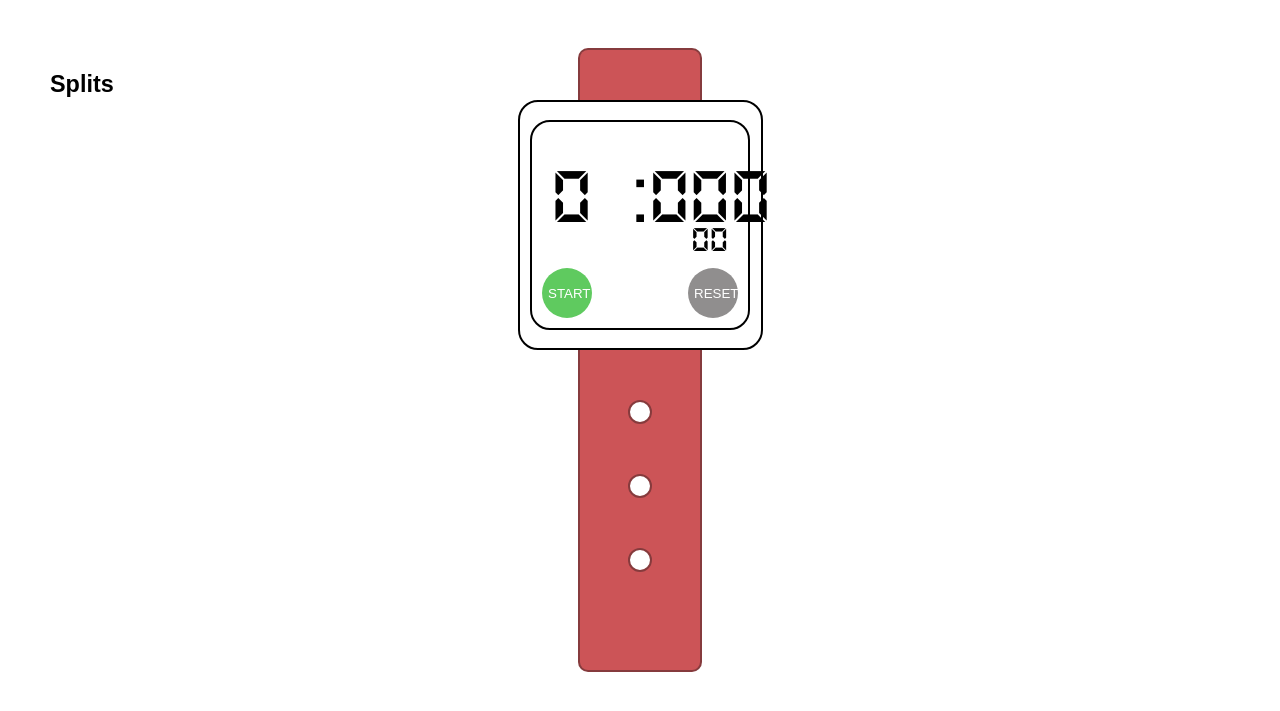
Repository: konstantin0s/lab-chronometer
Page: index.html
An editor plug-in stored every save of this project. The page is shown before and after the next save, followed by the edit.
The browser window is 1280 px wide. The pictures show the whole page.

Above is the page before, as saved 2019-02-05 12:46:45.

### index.html
<!DOCTYPE html>
<html lang="en">
<head>
  <meta charset="UTF-8">
  <meta name="viewport" content="width=device-width, initial-scale=1.0">
  <meta http-equiv="X-UA-Compatible" content="ie=edge">
  <title>Chronometer</title>
  <link rel="stylesheet" href="stylesheets/styles.css">
</head>
<body>

  <section id="splits-container">
    <h3>Splits</h3>
    <ol id="splits">
    </ol>
  </section>

  <div class="leash leash-top"></div>

  <section id="clock">
    <div id="sphere">
      <span id="minDec" class="number">0</span><span id="minUni" class="number"></span><span>:</span><span id="secDec" class="number"></span><span id="secUni" class="number"></span>

      <div id="milliseconds">
        <span id="milDec">0</span><span id="milUni">0</span>
      </div>

      <button id="btnLeft" class="btn start">START</button> <button id="btnRight" class="btn reset">RESET</button>
    </div>
  </section>

  <div class="leash leash-bottom">
    <div class="hole"></div>
    <div class="hole"></div>
    <div class="hole"></div>
  </div>


  <!-- <script src="javascripts/utils.js"></script>
  <script src="javascripts/chronometer.js"></script>
  <script src="javascripts/main.js"></script> -->
  <script src="javascript/chronometer.js"></script>
  <script src="javascript/main.js"></script>
</body>
</html>

### stylesheets/styles.css
@font-face {
  font-family: "Digi";
  src: url("fonts/ds-digib.ttf");
}

body {
  font-family: Arial;
  font-size: 80px;
  font-weight: bold;
  padding: 40px 0;
}

#clock {
  border: 2px solid #000;
  border-radius: 20px;
  box-sizing: border-box;
  height: 250px;
  margin: 0 auto;
  padding: 18px 0;
  width: 245px;
}

#sphere {
  border: 2px solid #000;
  border-radius: 20px;
  box-sizing: border-box;
  font-family: "Digi";
  font-size: 80px;
  height: 210px;
  margin: 0 auto;
  padding: 35px 0;
  position: relative;
  text-align: center;
  width: 220px;
}

#splits-container {
  font-size: 20px;
  font-weight: 100;
  position: absolute;
  left: 50px;
}

#splits-container li {
  padding-bottom: 5px;
  text-align: right;
}

#milliseconds {
  font-size: 36px;
  margin-top: -15px;
  position: absolute;
  right: 20px;
}

.leash {
  background: rgb(204, 84, 87);
  border: 2px solid rgb(134, 59, 61);
  height: 50px;
  margin: 0 auto;
  width: 120px;
}

.leash-top {
  border-bottom: 0;
  border-top-left-radius: 10px;
  border-top-right-radius: 10px;
}

.leash-bottom {
  border-bottom-left-radius: 10px;
  border-bottom-right-radius: 10px;
  border-top: 0;
  height: 270px;
  padding-top: 50px;
}

.hole {
  background: #fff;
  border: 2px solid rgb(134, 59, 61);
  border-radius: 100%;
  height: 20px;
  margin: 0 auto 50px;
  width: 20px;
}

.number {
  display: inline-block;
  width: 40px;
}

.btn {
  border: 0;
  border-radius: 100%;
  bottom: 10px;
  color: #fff;
  cursor: pointer;
  height: 50px;
  outline: 0;
  position: absolute;
  width: 50px;
}

.btn.start,
.btn.stop {
  left: 10px;
}

.btn.reset,
.btn.split {
  right: 10px;
}

.btn.start { background: #5fca5f; }
.btn.stop  { background: #f14949; }
.btn.reset { background: #908e8e; }
.btn.split { background: #0851ab; }

### javascript/chronometer.js

// var time = 0;
// var running = 0;

// function startPause() {
//   if (running == 0) {
//     running = 1;
//     increment();
//     document.getElementById("startPause").innerHTML = "Pause";
//   } else {
//     running = 0;
//     document.getElementById("startPause").innerHTML = "Resume";
//   }
// }

// function reset() {
//   running = 0;
//   time = 0;
//   document.getElementById("startPause").innerHTML = "Start";
// }

// function increment() {
//   if (running == 1) {
//    setTimeout(function() {
//     time++;
//     var seconds = Math.floor(time/10/60);
//     var minutes = Math.floor(time/10/60);
//      var tenth = time % 10;
//      if (minutes < 10); {
//        minutes = "0" + minutes;
//      }  if (seconds < 10);
//     seconds = "0" + seconds;
//     increment();
//   document.getElementById("output").innerHTML = minutes + ":" + seconds + ":" + "0" + tenth;

//    }, 100);
//   }
//   }

// function startPause() {
//   if (running == 0) {
//     running = 1;
//     increment();
//     document.getElementById("startPause").innerHTML = "Pause";
//   } else {
//     running = 0;
//     document.getElementById("startPause").innerHTML = "Resume";
//   }
// }


// function timer() {
//   currentTime = setTimeout(start, 1000);
// }
// timer();

// function start() {
//   seconds++;
//   if (seconds >= 60) {
//     seconds = 0;
//     minutes++;
//     if (minutes >= 20) {
//         minutes = 0;
//     }
//   }
// }


// // Constructor
// function Chronometer() {

// this.currentTime = 0;
// this.intervalId = 0;

// }

// // The setInterval will be assigned to our intervalId property,
// //  this way we will be able to clear it later on.

// Chronometer.prototype.startClick = function () {
//     this.startClick = function() {
//     // var seconds = 0;
//     intervalId = setInterval(function(){
//     currentTime++; }, 1000);

//      }

    //  var myChronometer = {
    //    seconds: 0,
    //    minuts: 0,
    //    intervalId: 0,
    //    startClick: function() {
    //          this.intervalId = setInterval(function() {
    //            this.seconds++;
    //          }.bind(this),1000);
    //    },
    //    setMinutes: function() {
    //      this.seconds++
    //    },

    //  }

    // console.log(seconds);
// };

// Chronometer.prototype.setMinutes = function () {

// };

// Chronometer.prototype.setSeconds = function () {

// };

// Chronometer.prototype.twoDigitsNumber = function () {

// };

// Chronometer.prototype.setTime = function () {

// };

// Chronometer.prototype.setMilliseconds = function () {

// };

// Chronometer.prototype.stopClick = function () {

// };

// Chronometer.prototype.resetClick = function () {

// };

// Chronometer.prototype.splitClick = function () {

// };

### javascript/main.js
// var chronometer = new Chronometer();
var btnLeft     = document.getElementById('btnLeft');
var btnRight    = document.getElementById('btnRight');
var minDec      = document.getElementById('minDec');
var minUni      = document.getElementById('minUni');
var secDec      = document.getElementById('secDec');
var secUni      = document.getElementById('secUni');
var milDec      = document.getElementById('milDec');
var milUni      = document.getElementById('milUni');

var secUnit     = document.getElementById('secUni').innerHTML;

console.log(secUnit);

// if (secUnit == 0) {
//   secUnit.innerHTML =
// }

var currentTime = 0;
var intervalId = 0;  //0stop; 1 running.
var seconds= 0;
var minutes = 0;
// var minutes = Math.floor((minutes % (1000 * 60 * 60)) / (1000 * 60));
// var seconds = Math.floor((seconds % (1000 * 60)) / 1000);

// function start() {
//   status = 1;
//   timer();
// }

// function stop() {
//   currentTime++

//   if (currentTime / 60 == 1) {
//     // setInterval(function() {

//     // })
//      currentTime = 0;
//      milUni.innerHTML = currentTime++;
//      if (milDec / 60 == 1) {
//       currentTime = 0;
//       milDec.innerHTML = currentTime++;
//      }
//      if (secUni / 60 == 1) {
//       currentTime = 0;
//       secUni.innerHTML = currentTime++;
//      } if (secDec / 60 == 1) {
//       currentTime = 0;
//       secDec.innerHTML = currentTime++;
//      } if (minUni / 60 == 1) {
//       currentTime = 0;
//       minUni.innerHTML = currentTime++;
//      } if (minDec / 60 == 1) {
//       currentTime = 0;
//       minDec.innerHTML = currentTime++;
//      }
//   }
//   //
// }

// window.setInterval(stop, 1000);

// function reset() {
// status = 0;
// intervalId = 0;
// }

// function timer() {
//   if (status == 1) {
//     var intervalId = setInterval(function() {
//       currentTime++;
//       minDec =  Math.floor(intervalId/100/60);
//       secDec =  Math.floor(intervalId/100);
//       milDec = intervalId % 100;

//        if (minDec < 10) {
//         minDec = "0" + minDec;
//        }
//        if (secDec >= 60) {
//         secDec = secDec % 60;
//        }
//        if(secDec < 10) {
//         secDec = "0" + secDec;
//        }

//        minDec.innerHTML = minDec;
//        secDec.innerHTML = secDec;
//        milDec.innerHTML = milDec;

//     }, 10)
//   }
// }

// function stopwatch() {

// }
// Add event listeners to both buttons
// start.addEventListener("click", function(command) {
//   if (command === "START") {
//     btnLeft.innerHTML = "PAUSE";
//   } else {
//     btnLeft.innerHTML = "START";
//   }
// }



// });

// stop.addEventListener("click", function() {

// });

// var start =  document.getElementById('btnLeft').value;
// console.log(start);

function twoDigits(number) {
  if (number < 10) {
    return "0" + number;
  }
  return number;
}

var intervalRef = null;
secDec.innerHTML = "00" + seconds;
 btnLeft.addEventListener("click", function(event) {
   event.preventDefault();
      if (intervalId == 0) { //start if pause
         intervalRef = setInterval(function() {
         intervalId = 1;
        //  secDec.innerHTML = "00" + seconds;
         seconds++;
        //  if ()
         secDec.innerHTML = twoDigits(seconds);
         btnLeft.innerHTML = "PAUSE";
      if (seconds === 60) {
         seconds = 0;
         minutes++;
         minDec.innerText = twoDigits(minutes);
      console.log("This is: " + intervalRef);

        secDec.innerText = "00" + seconds;

     if (minDec === 60) {
         minutes = 0;
         }
      }

    }, 100);
  }  else { //pause if started
       clearInterval(intervalRef);  //pause chronometer
       btnLeft.innerHTML = "START";
       intervalId = 0; // continue chronometer from it's pause point.
  }
});

btnRight.addEventListener("click", function() {
  reset();
});

function reset() {
    clearInterval(intervalRef);
    intervalId = 0;
    seconds = 0;
    minutes = 0;
    console.log("This is from reset: " + intervalRef);
    btnLeft.innerHTML = "START";
    secDec.innerText = seconds;
    minDec.innerText = minutes;
}





// function printTime() {

// }

// function printMinutes() {

// }

// function printSeconds() {

// }

// function printMilliseconds() {

// }

// function printSplit() {

// }

// function clearSplits() {

// }

// function setStopBtn() {

// }

// function setSplitBtn() {

// }

// function setStartBtn() {

// }

// function setResetBtn() {

// }

// // Start/Stop Button
// btnLeft.addEventListener('click', function () {

// });

// // Reset/Split Button
// btnRight.addEventListener('click', function () {

// });

After the next save:
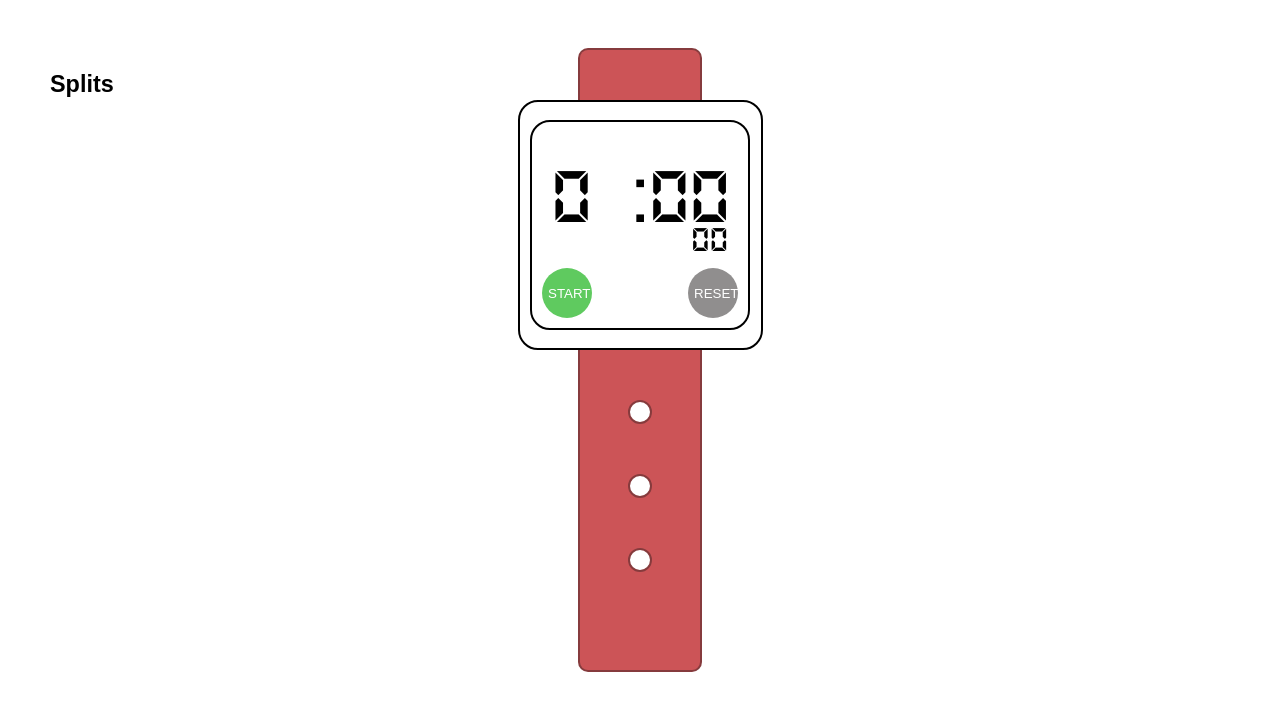
Saved 11 s later.
--- a/javascript/main.js
+++ b/javascript/main.js
@@ -122,7 +122,7 @@ function twoDigits(number) {
 }
 
 var intervalRef = null;
-secDec.innerHTML = "00" + seconds;
+secDec.innerHTML = "0" + seconds;
  btnLeft.addEventListener("click", function(event) {
    event.preventDefault();
       if (intervalId == 0) { //start if pause
